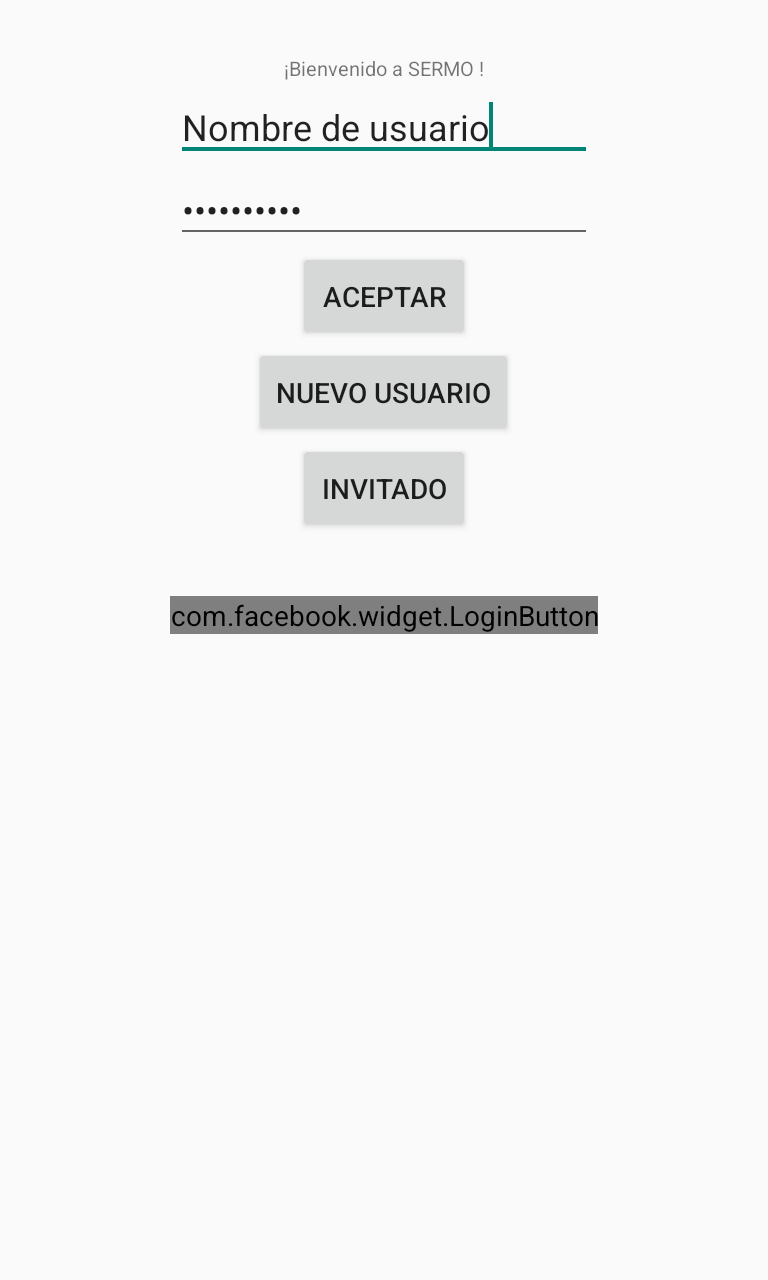
Repository: MVidi/juegos
Layout: SermoJuego/res/layout/pantallaprimera.xml
The author's editor kept a copy of each file at every save. The layout is drawn from the files as they stood at one save, then again after the next save.
Pictures or frames that could not be fetched are drawn as grey boxes. It is drawn on a 768 x 1280 px phone screen (xhdpi) without system bars, with theme AppTheme; the app's code is not run.

Above is the layout before, as saved 2014-08-11 16:10:05.

### SermoJuego/res/layout/pantallaprimera.xml
<RelativeLayout xmlns:android="http://schemas.android.com/apk/res/android"
    xmlns:tools="http://schemas.android.com/tools"
    android:id="@+id/container"
    android:layout_width="match_parent"
    android:layout_height="match_parent"
    tools:context=".pantallaInicioActivity"
    tools:ignore="MergeRootFrame" >

    <TextView
        android:id="@+id/TituloPI"
        android:layout_width="wrap_content"
        android:layout_height="wrap_content"
        android:layout_alignParentTop="true"
        android:layout_centerHorizontal="true"
        android:layout_marginTop="27dp"
        android:text="@string/juego"
        android:textSize="10sp" />

    <EditText
        android:id="@+id/contrasenaPI"
        android:layout_width="wrap_content"
        android:layout_height="wrap_content"
        android:layout_centerHorizontal="true"
        android:layout_below="@+id/usuarioPI"
        android:ems="10"
        android:inputType="textPassword"
        android:onClick="clicarContrasena"
        android:text="@string/Contrasena" />

    <EditText
        android:id="@+id/usuarioPI"
        android:layout_width="wrap_content"
        android:layout_height="wrap_content"
        android:layout_below="@+id/TituloPI"
        android:layout_centerHorizontal="true"
        android:ems="10"
        android:inputType="textPersonName"
        android:onClick="clicarUsuario"
        android:text="@string/Usuario" >

        <requestFocus />
    </EditText>

    <Button
        android:id="@+id/aceptarPI"
        android:layout_width="wrap_content"
        android:layout_height="wrap_content"
        android:layout_centerHorizontal="true"
        android:layout_below="@+id/contrasenaPI"
        android:onClick="aceptarPulsado"
        android:text="@string/Aceptar" />

    <Button
        android:id="@+id/nuevoUsuarioPI"
        android:layout_width="wrap_content"
        android:layout_height="wrap_content"
        android:layout_below="@+id/aceptarPI"
        android:layout_centerHorizontal="true"
        android:text="@string/nuevoUsuario" />

    <Button
        android:id="@+id/invitadoPI"
        android:layout_width="wrap_content"
        android:layout_height="wrap_content"
  		android:layout_centerHorizontal="true"
        android:layout_below="@+id/nuevoUsuarioPI"
        android:text="@string/Invitado"
    	android:onClick="conectarMongo" />


    <com.facebook.widget.LoginButton
        android:id="@+id/authButton"
        android:layout_width="wrap_content"
        android:layout_height="wrap_content"
        android:layout_below="@+id/invitadoPI"
        android:layout_centerHorizontal="true"
        android:layout_marginTop="30dp"
        />

</RelativeLayout>

### SermoJuego/res/values/strings.xml
<?xml version="1.0" encoding="utf-8"?>
<resources>

    <string name="app_name">SERMO</string>
    <string name="hello_world">Hello world!</string>
    <string name="juego">¡Bienvenido a SERMO !</string>
    <string name="action_settings">Settings</string>
  	<string name="Usuario">Nombre de usuario</string>
  	<string name="Contrasena">Contraseña</string>
  	<string name="Aceptar">Aceptar</string>
  	<string name="Invitado">Invitado</string>
  	<string name="nuevoUsuario">Nuevo Usuario</string>
  	<string name="jugar">jugar</string>
  	<string name="amigos">Amigos</string>
  	<string name="configurar">Configuración</string>
  	<string name="tipopartida">Seleccione tipo de partida</string>
</resources>

Loaded but not shown: SermoJuego/res/values/styles.xml (common file); SermoJuego/res/values-v11/styles.xml (common file); SermoJuego/res/values-v14/styles.xml (common file)

After the next save:
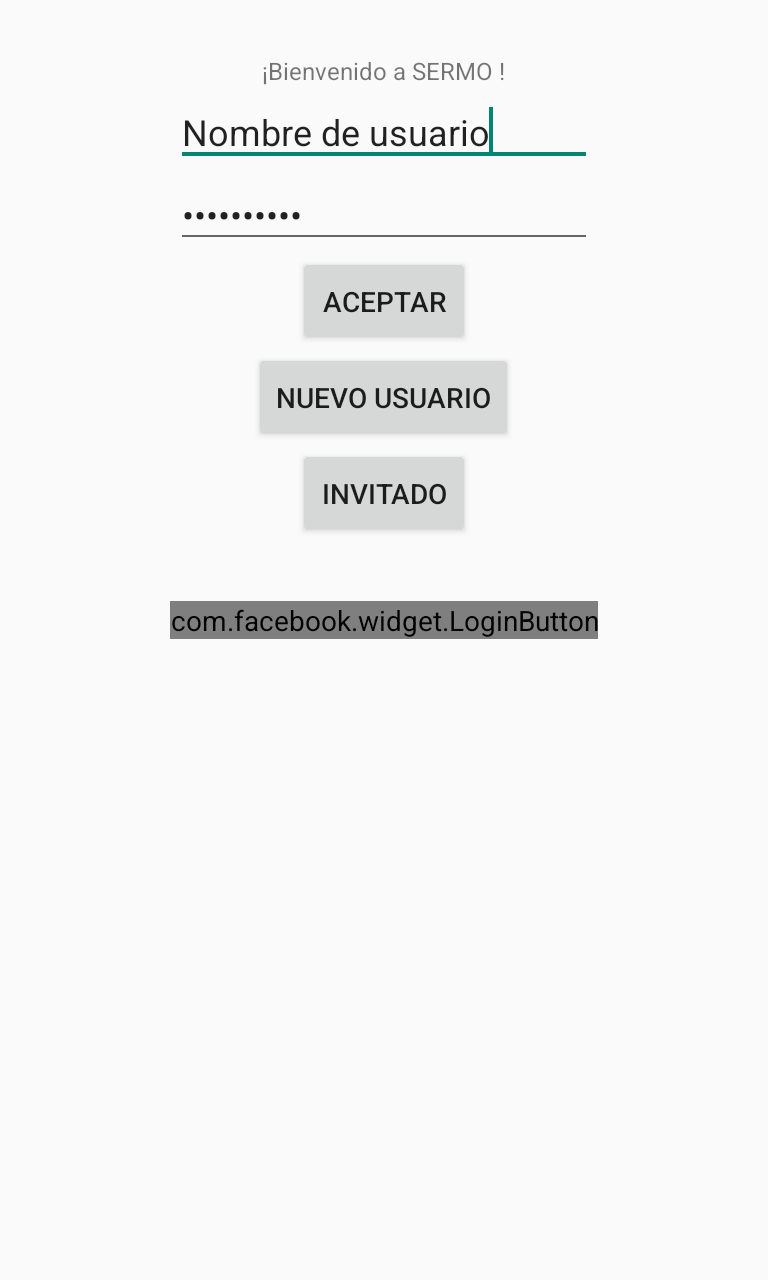
Saved 49 s later.
--- a/SermoJuego/res/layout/pantallaprimera.xml
+++ b/SermoJuego/res/layout/pantallaprimera.xml
@@ -14,7 +14,7 @@
         android:layout_centerHorizontal="true"
         android:layout_marginTop="27dp"
         android:text="@string/juego"
-        android:textSize="10sp" />
+        android:textSize="12sp" />
 
     <EditText
         android:id="@+id/contrasenaPI"
